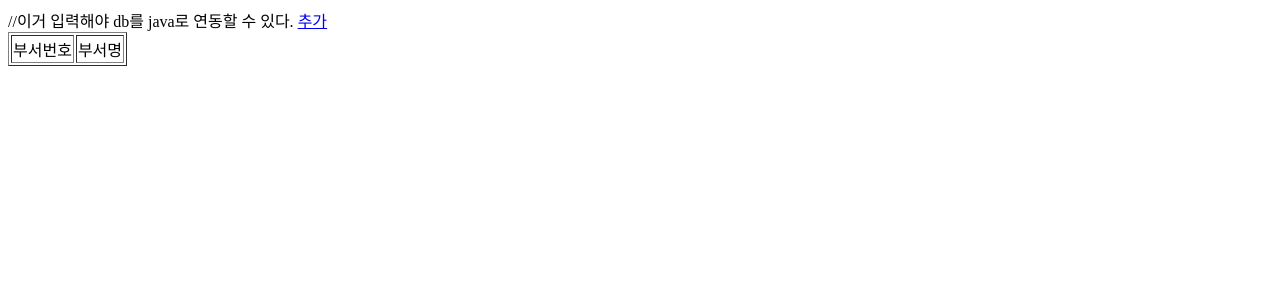
Repository: SuYOUNGgg/JavaStudy
Page: http://localhost/TestWeb13/list.jsp
The author's editor kept a copy of each file at every save. The page is drawn from the files as they stood at one save, then again after the next save.
The browser window is 1280 px wide. The pictures show the whole page.
The page is served by Tomcat 9. Queries for data that is not in the repository find no rows.

Above is the page before, as saved 2020-05-19 06:25:08.

After the next save:
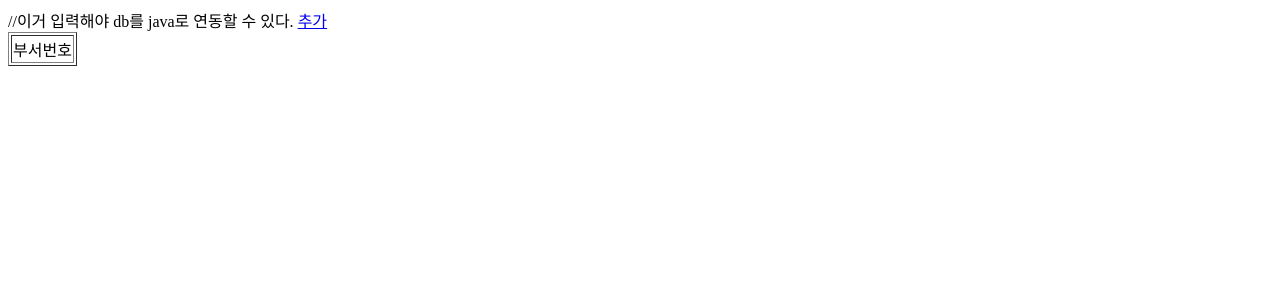
Saved 97 s later.
--- a/JavaProgramming/~0520/TestWeb13/WebContent/list.jsp
+++ b/JavaProgramming/~0520/TestWeb13/WebContent/list.jsp
@@ -20,7 +20,8 @@
 	<a href="insert.jsp">추가</a>
 	<table border="1">
 	<tr>
-		<td>부서번호</td><td>부서명</td>
+		<td>부서번호</td>
+
 	</tr>
 	<%
 	while(rs.next()) {
